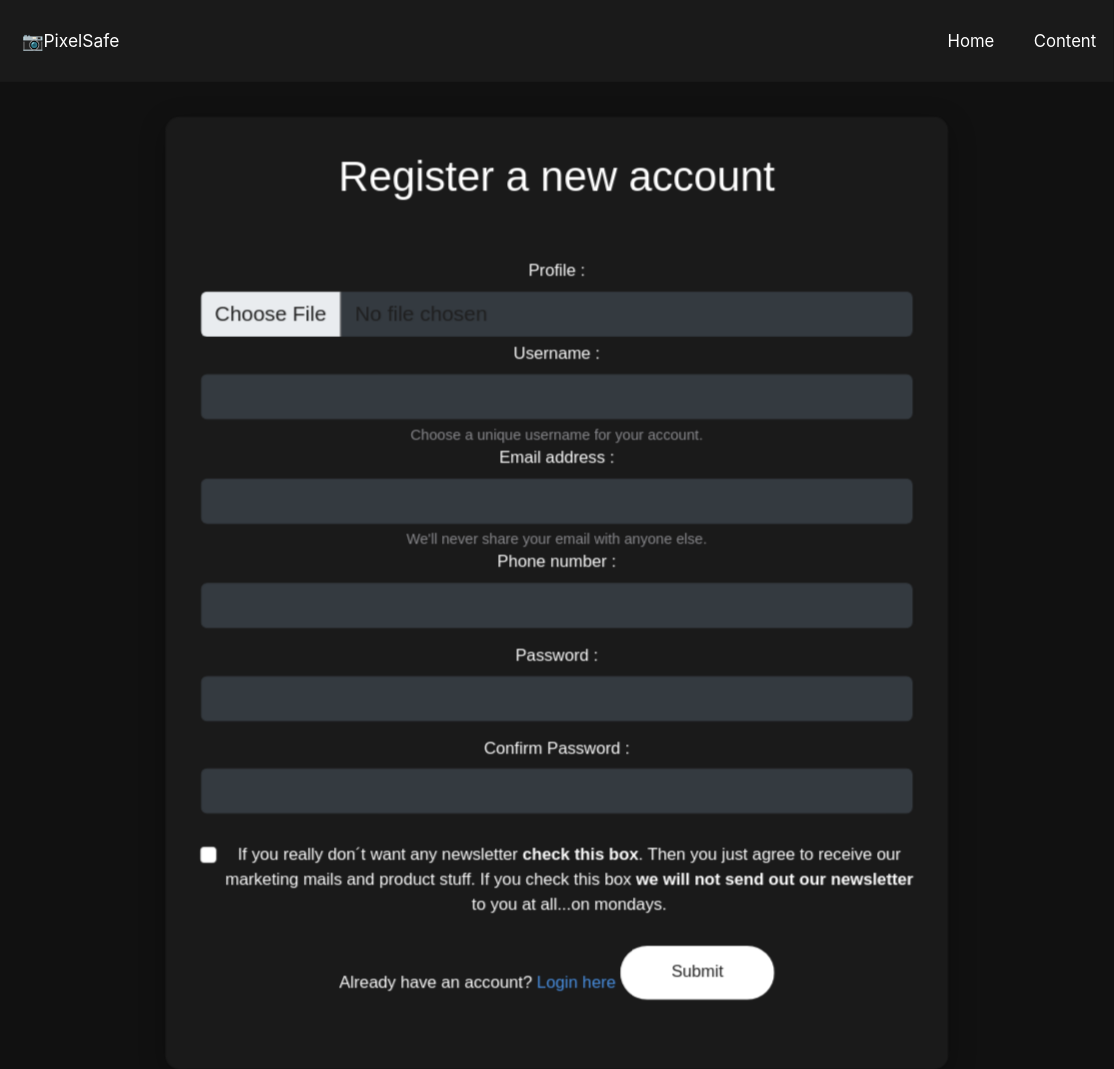
Repository: Shejilum/PIXELSAFE-Stegnography
Page: stegnograapp/templates/register.html
These files come from the project's save history. The page is drawn as it stood at one moment and after the next save; the edit follows.
The browser window is 1280 px wide. The pictures show the whole page, at 87% of full size.
The template is drawn by Django 5.2. The application's start-up code is not run. The template is opened directly, without the code that normally fills it, so the values that code supplies are empty.

Above is the page before, as saved 2025-10-08 16:30:13.

After the next save:
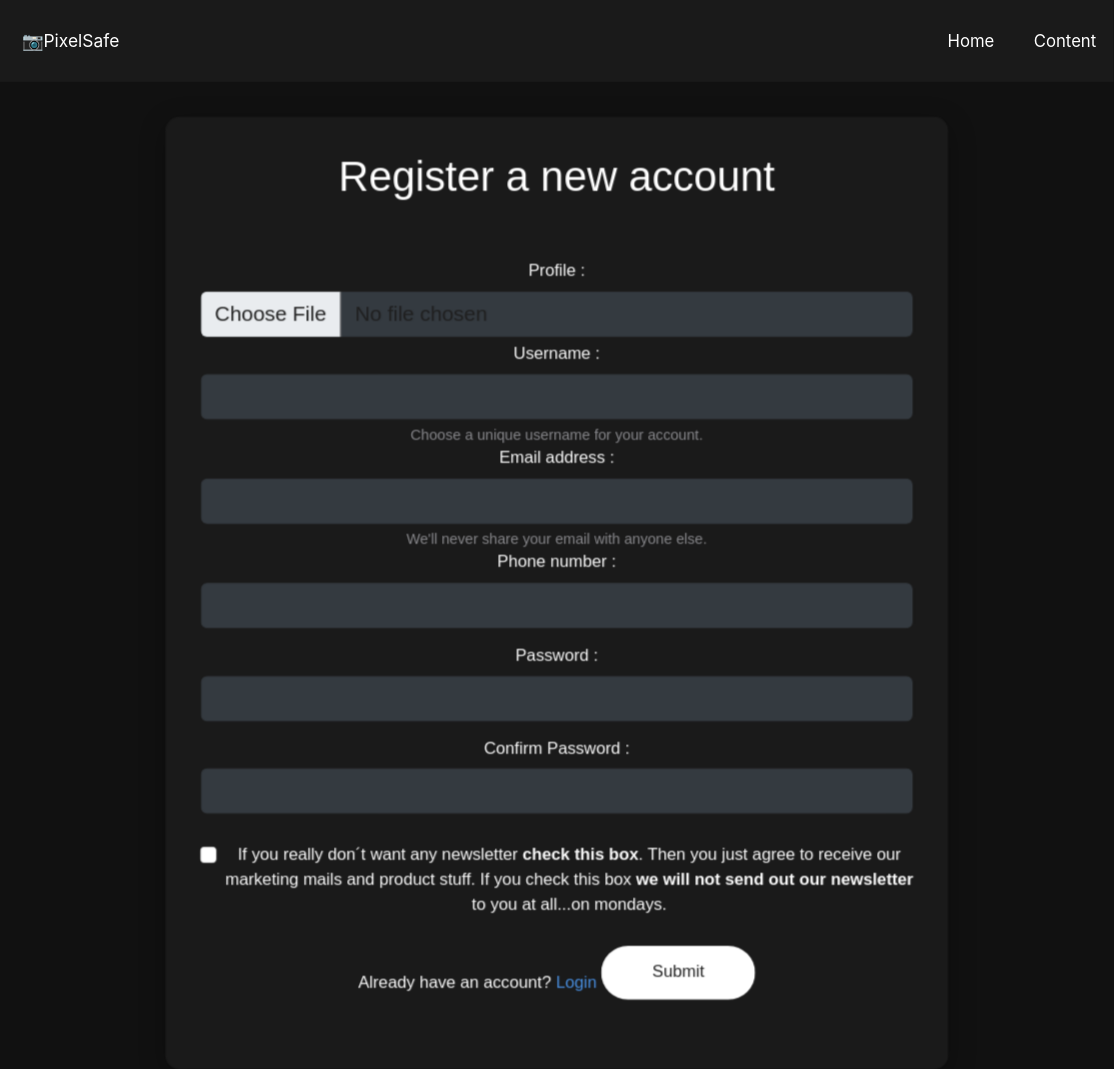
Saved 8 s later.
--- a/stegnograapp/templates/register.html
+++ b/stegnograapp/templates/register.html
@@ -104,7 +104,7 @@
     <input type="checkbox" class="form-check-input" id="exampleCheck1">
     <label class="form-check-label" for="exampleCheck1">If you really don´t want any newsletter <strong>check this box</strong>. Then you just agree to receive our marketing mails and product stuff. If you check this box <strong>we will not send out our newsletter</strong> to you at all...on mondays.</label>
   </div>
-  Already have an account? <a href="/login/" style="color: #4A90E2; text-decoration: none;">Login here</a>
+  Already have an account? <a href="/login/" style="color: #4A90E2; text-decoration: none;">Login</a>
   <button type="submit" class="btn btn-white btn-xl mb-4">Submit</button>
 </div>
 </div>
